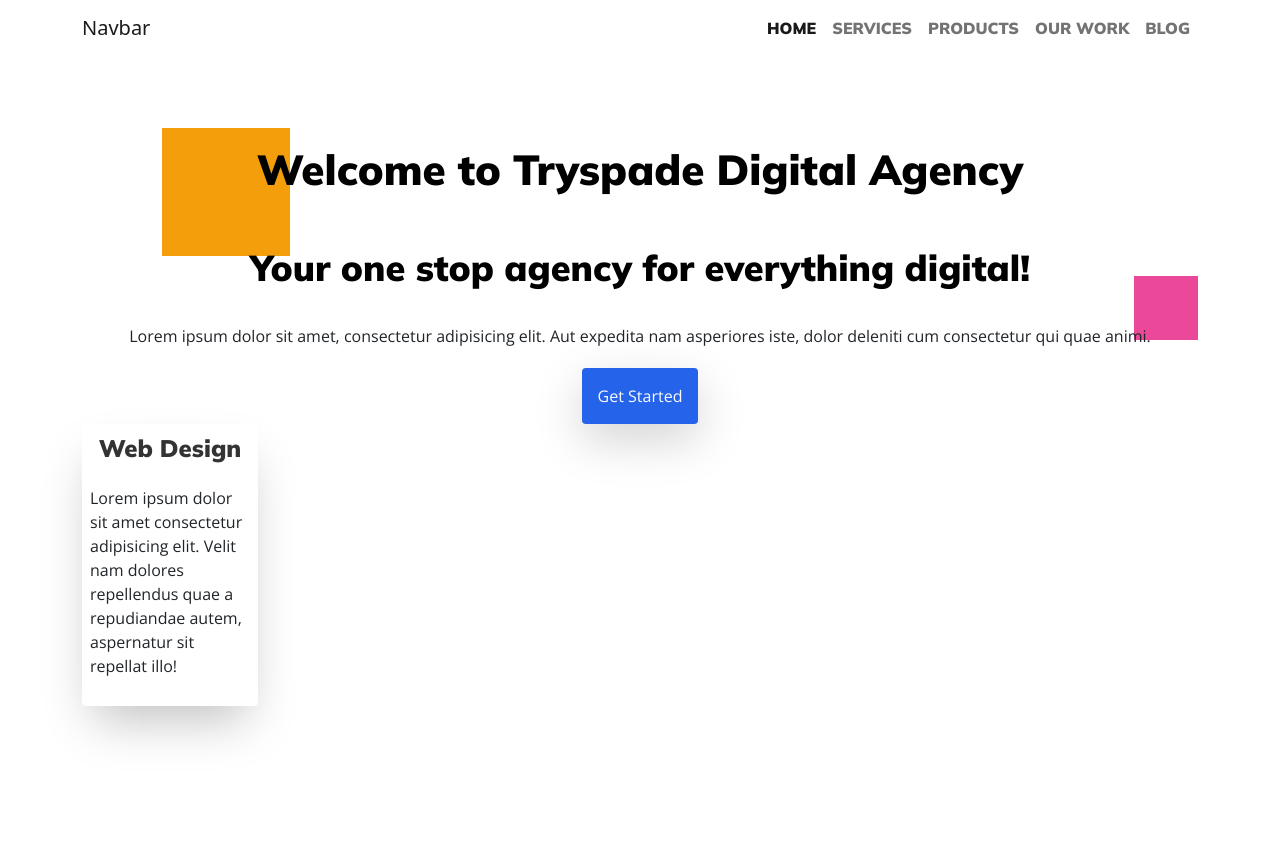
Repository: latenightsnacc/super-octo-fortnight
Page: index.html
These files come from the project's save history. The page is drawn as it stood at one moment and after the next save; the edit follows.
The browser window is 1280 px wide. The pictures show the whole page.
Some web libraries are served in a nearby version. The style sheet was rebuilt from its Sass, Less or Tailwind sources for each picture, by a compiler version that may differ from the author's.

Above is the page before, as saved 2021-01-29 13:03:18.

After the next save:
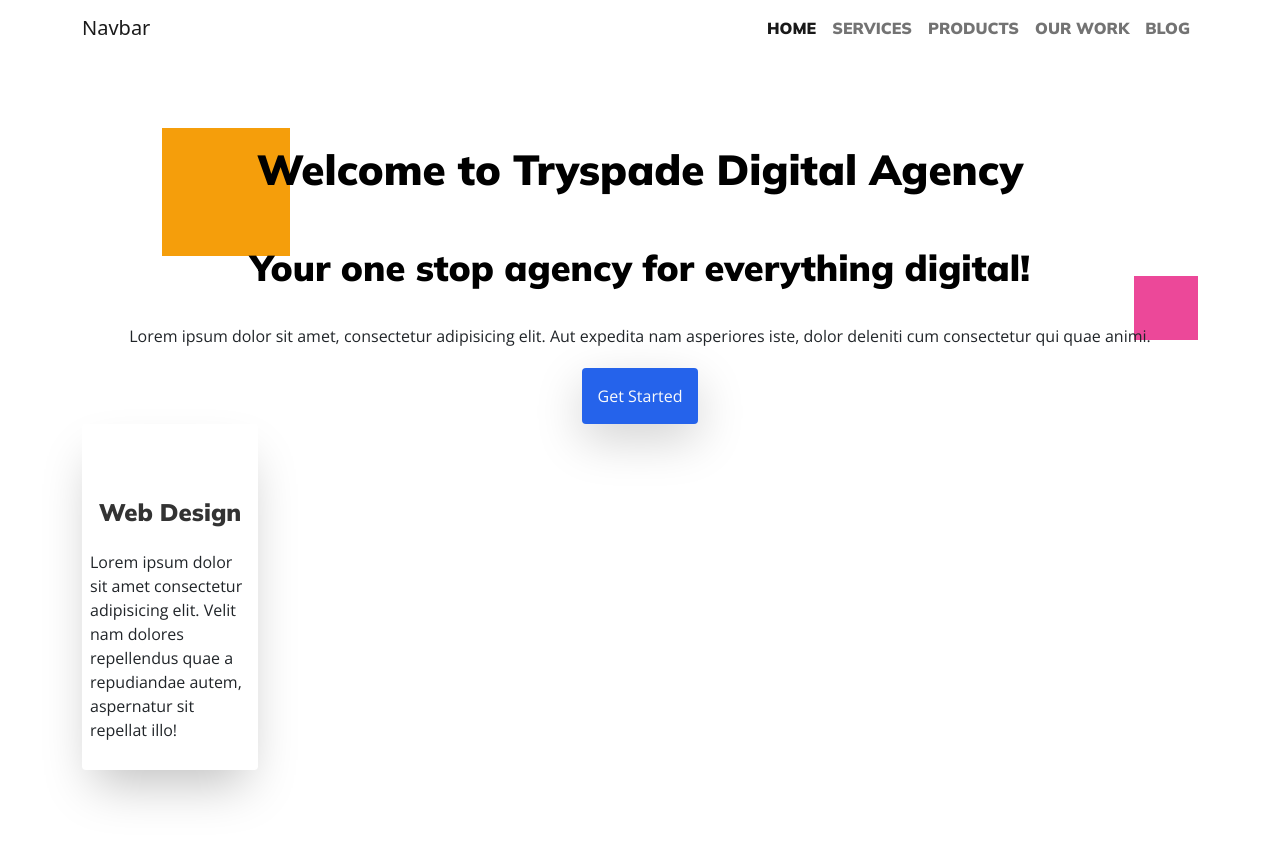
Saved 24 s later.
--- a/index.html
+++ b/index.html
@@ -78,6 +78,9 @@
                 <div class="row">
                     <div class="col-xs-12 col-sm-12 col-md-4 col-lg-3 col-xl-3">
                         <div class="w-44 h-auto bg-white shadow-2xl rounded p-2">
+                            <a href="#">
+                                <i class="fa fa-web"></i>
+                            </a>
                             <h3 class="text-center">Web Design</h3>
                             <p>Lorem ipsum dolor sit amet consectetur adipisicing elit. Velit nam dolores repellendus quae a repudiandae autem, aspernatur sit repellat illo!</p>
                         </div>
